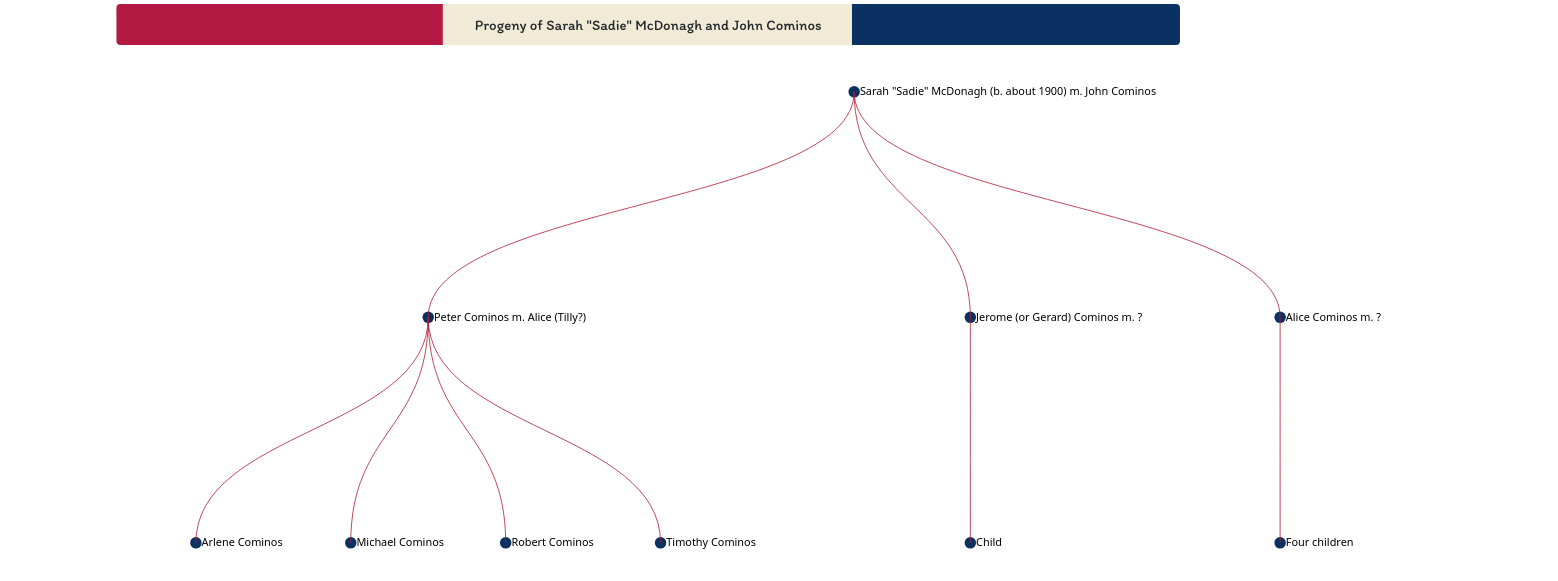
Repository: George2916/GreensladeFamilyTree
Page: progenySadieMcDonagh.html
The author's editor kept a record of every edit. The page is drawn from the files as they stood at one moment, then again after the next edit.
The browser window is 1280 px wide. The page is 1900 px wide, so the pictures cover 1900 px, including what lies to the right of the window. The pictures show the whole page, at 82% of full size.

Above is the page before.

### progenySadieMcDonagh.html
<!doctype html>
<html lang="en">
<head>

    <meta charset="utf-8">
    <meta http-equiv="X-UA-Compatible" content="IE-edge">
    <meta name="viewport" content="width=device-width, initial-scale=1">
    <!--[if lt IE 9]
      <script src="https://oss.maxcdn.com/html5shiv/3.7.2/html5shiv.min.js"></script>
      <script src="https://oss.maxcdn.com/respond/1.4.2/respond.min.js"></script>
    <![endif]-->

    <link rel="stylesheet" type="text/css" href="css/bootstrap.css">
    <link href="css/myStyle2.css" rel="stylesheet" type="text/css">
    <link rel="preconnect" href="https://fonts.gstatic.com">
    <link href="https://fonts.googleapis.com/css2?family=Itim&display=swap" rel="stylesheet">

<title>Progeny of Sarah "Sadie" McDonagh and John Cominos</title>

    <script src="js/d3.min.v6.7.0.js"></script>

</head>

<body class="progenySarahBody">

    <div class="container-fluid">

  <div>
    <div class="progenySarahA"></div>
	  <div class="progenySarahB" id="progeny">Progeny of Sarah "Sadie" McDonagh and John Cominos</div>
	  <div class="progenySarahC"></div>
  </div>

  </div>

    <script>

    var svg = d3.select("body").append("svg")
            .attr("width",1700).attr("height",620)
            .append("g").attr("transform", "translate(50,50)");

    var data = [{"child":"Sarah \"Sadie\" McDonagh (b. about 1900) m. John Cominos", "parent": ""},

                {"child":"Peter Cominos m. Alice (Tilly?)", "parent": "Sarah \"Sadie\" McDonagh (b. about 1900) m. John Cominos"},
                {"child":"Arlene Cominos", "parent": "Peter Cominos m. Alice (Tilly?)"},
                {"child":"Michael Cominos", "parent": "Peter Cominos m. Alice (Tilly?)"},
                {"child":"Robert Cominos", "parent": "Peter Cominos m. Alice (Tilly?)"},
                {"child":"Timothy Cominos", "parent": "Peter Cominos m. Alice (Tilly?)"},

                {"child":"Jerome (or Gerard) Cominos m. ?", "parent": "Sarah \"Sadie\" McDonagh (b. about 1900) m. John Cominos"},
                {"child":"Child", "parent": "Jerome (or Gerard) Cominos m. ?"},

                {"child":"Alice Cominos m. ?", "parent": "Sarah \"Sadie\" McDonagh (b. about 1900) m. John Cominos"},
                {"child":"Four children", "parent": "Alice Cominos m. ?"},

            ];
        var dataStructure = d3.stratify()
                    .id(function(d){return d.child;})
                    .parentId(function(d){return d.parent;})
                    (data);
        var treeStructure = d3.tree().size([1700,550]);
        var information = treeStructure(dataStructure);

        var circles = svg.append("g").selectAll("circle")
                    .data(information.descendants());
        circles.enter().append("circle")
            .attr("cx", function(d){return d.x;})
            .attr("cy", function(d){return d.y;})
            .attr("r",7);

        var connections = svg.append("g").selectAll("path")
                    .data(information.links());
        connections.enter().append("path")
            .attr("d", function(d){
                return "M" + d.source.x + "," + d.source.y + " C " + d.source.x + "," + (d.source.y + d.target.y)/2 + " "
                + d.target.x + "," + (d.source.y + d.target.y)/2 + " "
                + d.target.x + "," + d.target.y;

            });

        var names = svg.append("g").selectAll("text")
                    .data(information.descendants());
        names.enter().append("text")
                .text(function(d){return d.data.child;})
                .attr("x", function(d){return d.x+7;})
                .attr("y", function(d){return d.y+4;})
    </script>

    <script src="js/d3.min.v6.7.0.js"></script>

</body>
</html>

### css/myStyle2.css
/*CSS FOR PROGENY OF EDWARD DUFFY AND MAE TORPEY*/

.progenyDuffyDiv {
    display: inline-block;
    height: 50px;
    width: 29000px;
}

.progenyEdwardDuffyA {
	background: #b22234;
	border-radius: 5px 0px 0px 5px;
	-webkit-border-radius: 5px 0px 0px 5px;
	-moz-border-radius: 5px 0px 0px 5px;
	-o-border-radius: 5px 0px 0px 5px;
	display: inline-block;
	height: 50px;
	margin: 5px -3px 5px 14525px;
	width: 800px;
	vertical-align: text-bottom;
}

.progenyEdwardDuffyB {
	background: #f0ead6;
	display: inline-block;
	font-family: 'Itim', arial, verdana;
	font-size: 18px;
	height: 50px;
	line-height: 50px;
	margin: 5px -2px 5px -2px;
	text-align: center;
	width: 800px;
	vertical-align: text-bottom;
}

.progenyEdwardDuffyC {
	background: #0A3161;
	border-radius: 0px 5px 5px 0px;
	-webkit-border-radius: 0px 5px 5px 0px;
	-moz-border-radius: 0px 5px 5px 0px;
	-o-border-radius: 0px 5px 5px 0px;
	display: inline-block;
	height: 50px;
	margin: 5px 0px 5px -3px;
	width: 800px;
	vertical-align: text-bottom;
}

circle {fill: #0A3161;}

path {fill: none;
      stroke: #b22234;
}

body {font-size: 83%;}

/*CSS FOR PROGENY OF BRIAN DUFFY AND MARY CULLAN*/

.progenyBrianDuffyBody {
    width: 3000px;

}

.progenyBrianA {
	background: #169B62;
	border-radius: 5px 0px 0px 5px;
	-webkit-border-radius: 5px 0px 0px 5px;
	-moz-border-radius: 5px 0px 0px 5px;
	-o-border-radius: 5px 0px 0px 5px;
	display: inline-block;
	height: 50px;
	margin: 5px -3px 5px 1550px;
	width: 400px;
	vertical-align: text-bottom;
}

/*CSS FOR PROGENY OF CATHERINE TARPEY AND PATRICK MULRENn*/

.progenyCatherineTorpeyBody {
    display: inline-block;
    height: 50px;
    width: 1900px;
}

.progenyCatherineTorpeyA {
	background:  #169B62;
	border-radius: 5px 0px 0px 5px;
	-webkit-border-radius: 5px 0px 0px 5px;
	-moz-border-radius: 5px 0px 0px 5px;
	-o-border-radius: 5px 0px 0px 5px;
	display: inline-block;
	height: 50px;
	margin: 5px -3px 5px 320px;
	width: 400px;
	vertical-align: text-bottom;
}

.progenyCatherineTorpeyB {
	background: #f0ead6;
	display: inline-block;
	font-family: 'Itim', arial, verdana;
	font-size: 18px;
	height: 50px;
	line-height: 50px;
	margin: 5px -2px 5px -2px;
	text-align: center;
	width: 400px;
	vertical-align: text-bottom;
}

.progenyCatherineTorpeyC {
	background: #FF883E;
	border-radius: 0px 5px 5px 0px;
	-webkit-border-radius: 0px 5px 5px 0px;
	-moz-border-radius: 0px 5px 5px 0px;
	-o-border-radius: 0px 5px 5px 0px;
	display: inline-block;
	height: 50px;
	margin: 5px 0px 5px -3px;
	width: 400px;
	vertical-align: text-bottom;
}

/*CSS FOR PROGENY OF KATHLEEN DUFFY AND JAMES COBURN*/

.progenyCoburnDiv {
    display: inline-block;
    height: 50px;
    width: 1500px;
}

.progenyCoburnA {
	background: #B31942;
	border-radius: 5px 0px 0px 5px;
	-webkit-border-radius: 5px 0px 0px 5px;
	-moz-border-radius: 5px 0px 0px 5px;
	-o-border-radius: 5px 0px 0px 5px;
	display: inline-block;
	height: 50px;
	margin: 5px -3px 5px 100px;
	width: 400px;
	vertical-align: text-bottom;
}

.progenyCoburnB {
	background: #f0ead6;
	display: inline-block;
	font-family: 'Itim', arial, verdana;
	font-size: 18px;
	height: 50px;
	line-height: 50px;
	margin: 5px -2px 5px -2px;
	text-align: center;
	width: 400px;
	vertical-align: text-bottom;
}

.progenyCoburnC {
	background: #0A3161;
	border-radius: 0px 5px 5px 0px;
	-webkit-border-radius: 0px 5px 5px 0px;
	-moz-border-radius: 0px 5px 5px 0px;
	-o-border-radius: 0px 5px 5px 0px;
	display: inline-block;
	height: 50px;
	margin: 5px 0px 5px -3px;
	width: 400px;
	vertical-align: text-bottom;
}

/*CSS FOR PROGENY OF KEVIN DUFFY AND UNA BEGLEY*/

.progenyKevinBody {
    display: inline-block;
    height: 50px;
    width: 2000px;
}

.progenyKevinA {
	background: #169B62;
	border-radius: 5px 0px 0px 5px;
	-webkit-border-radius: 5px 0px 0px 5px;
	-moz-border-radius: 5px 0px 0px 5px;
	-o-border-radius: 5px 0px 0px 5px;
	display: inline-block;
	height: 50px;
	margin: 5px -3px 5px 450px;
	width: 400px;
	vertical-align: text-bottom;
}

.progenyKevinB {
	background: #f0ead6;
	display: inline-block;
	font-family: 'Itim', arial, verdana;
	font-size: 18px;
	height: 50px;
	line-height: 50px;
	margin: 5px -2px 5px -2px;
	text-align: center;
	width: 400px;
	vertical-align: text-bottom;
}

.progenyKevinC {
	background: #FF883E;
	border-radius: 0px 5px 5px 0px;
	-webkit-border-radius: 0px 5px 5px 0px;
	-moz-border-radius: 0px 5px 5px 0px;
	-o-border-radius: 0px 5px 5px 0px;
	display: inline-block;
	height: 50px;
	margin: 5px 0px 5px -3px;
	width: 400px;
	vertical-align: text-bottom;
}

/*CSS FOR PROGENY OF UNA DUFFY AND SAM MEDLICOTT*/

.progenyMedlicottBody {
    display: inline-block;
    height: 50px;
    width: 2000px;
}

.progenyMedlicottA {
	background: #C8102E;
	border-radius: 5px 0px 0px 5px;
	-webkit-border-radius: 5px 0px 0px 5px;
	-moz-border-radius: 5px 0px 0px 5px;
	-o-border-radius: 5px 0px 0px 5px;
	display: inline-block;
	height: 50px;
	margin: 5px -3px 5px 250px;
	width: 500px;
	vertical-align: text-bottom;
}

.progenyMedlicottB {
	background: #f0ead6;
	border: 1px solid black;
	display: inline-block;
	font-family: 'Itim', arial, verdana;
	font-size: 18px;
	height: 50px;
	line-height: 50px;
	margin: 5px -2px 5px -2px;
	text-align: center;
	width: 500px;
	vertical-align: text-bottom;
}

.progenyMedlicottC {
	background: #012169;
	border-radius: 0px 5px 5px 0px;
	-webkit-border-radius: 0px 5px 5px 0px;
	-moz-border-radius: 0px 5px 5px 0px;
	-o-border-radius: 0px 5px 5px 0px;
	display: inline-block;
	height: 50px;
	margin: 5px 0px 5px -3px;
	width: 500px;
	vertical-align: text-bottom;
}

/*CSS FOR PROGENY OF MARY ANN DUFFY AND THOMAS SCANLON*/

.progenyScanlonBody {
    display: inline-block;
    height: 50px;
    width: 15000px;
}

.progenyScanlonA {
	background: #B31942;
	border-radius: 5px 0px 0px 5px;
	-webkit-border-radius: 5px 0px 0px 5px;
	-moz-border-radius: 5px 0px 0px 5px;
	-o-border-radius: 5px 0px 0px 5px;
	display: inline-block;
	height: 50px;
	margin: 5px -3px 5px 10725px;
	width: 800px;
	vertical-align: text-bottom;
}

.progenyScanlonB {
	background: #f0ead6;
	display: inline-block;
	font-family: 'Itim', arial, verdana;
	font-size: 18px;
	height: 50px;
	line-height: 50px;
	margin: 5px -2px 5px -2px;
	text-align: center;
	width: 800px;
	vertical-align: text-bottom;
}

.progenyScanlonC {
	background: #0A3161;
	border-radius: 0px 5px 5px 0px;
	-webkit-border-radius: 0px 5px 5px 0px;
	-moz-border-radius: 0px 5px 5px 0px;
	-o-border-radius: 0px 5px 5px 0px;
	display: inline-block;
	height: 50px;
	margin: 5px 0px 5px -3px;
	width: 800px;
	vertical-align: text-bottom;
}

/*CSS FOR PROGENY OF MICHAEL "MICK" McDONAGH AND MARY ANN COLEMAN*/

.progenyMickMcDonaghBody {
    width: 3000px;

}

.progenyMickA {
	background: #169B62;
	border-radius: 5px 0px 0px 5px;
	-webkit-border-radius: 5px 0px 0px 5px;
	-moz-border-radius: 5px 0px 0px 5px;
	-o-border-radius: 5px 0px 0px 5px;
	display: inline-block;
	height: 50px;
	margin: 5px -3px 5px 450px;
	width: 600px;
	vertical-align: text-bottom;
}

.progenyMickB {
	background: #f0ead6;
	display: inline-block;
	font-family: 'Itim', arial, verdana;
	font-size: 18px;
	height: 50px;
	line-height: 50px;
	margin: 5px -2px 5px -2px;
	text-align: center;
	width: 600px;
	vertical-align: text-bottom;
}

.progenyMickC {
	background: #FF883E;
	border-radius: 0px 5px 5px 0px;
	-webkit-border-radius: 0px 5px 5px 0px;
	-moz-border-radius: 0px 5px 5px 0px;
	-o-border-radius: 0px 5px 5px 0px;
	display: inline-block;
	height: 50px;
	margin: 5px 0px 5px -3px;
	width: 600px;
	vertical-align: text-bottom;
}

/*CSS FOR PROGENY OF SARAH "SADIE" McDONAGH/JOHN COMINOS AND MARY "MOLLIE" McDONAGH AND TERENCE KENNY*/

.progenySarahBody {
    display: inline-block;
    height: 50px;
    width: 1900px;
}

.progenySarahA {
	background:  #B31942;
	border-radius: 5px 0px 0px 5px;
	-webkit-border-radius: 5px 0px 0px 5px;
	-moz-border-radius: 5px 0px 0px 5px;
	-o-border-radius: 5px 0px 0px 5px;
	display: inline-block;
	height: 50px;
	margin: 5px -3px 5px 130px;
	width: 400px;
	vertical-align: text-bottom;
}

.progenyMaryA {
	background:  #B31942;
	border-radius: 5px 0px 0px 5px;
	-webkit-border-radius: 5px 0px 0px 5px;
	-moz-border-radius: 5px 0px 0px 5px;
	-o-border-radius: 5px 0px 0px 5px;
	display: inline-block;
	height: 50px;
	margin: 5px -3px 5px 140px;
	width: 400px;
	vertical-align: text-bottom;
}

.progenySarahB {
	background: #f0ead6;
	display: inline-block;
	font-family: 'Itim', arial, verdana;
	font-size: 18px;
	height: 50px;
	line-height: 50px;
	margin: 5px -2px 5px -2px;
	text-align: center;
	width: 500px;
	vertical-align: text-bottom;
}

.progenySarahC {
	background: #0A3161;
	border-radius: 0px 5px 5px 0px;
	-webkit-border-radius: 0px 5px 5px 0px;
	-moz-border-radius: 0px 5px 5px 0px;
	-o-border-radius: 0px 5px 5px 0px;
	display: inline-block;
	height: 50px;
	margin: 5px 0px 5px -3px;
	width: 400px;
	vertical-align: text-bottom;
}

Loaded but not shown: css/bootstrap.css (library); js/d3.min.v6.7.0.js (library)

After the next edit:
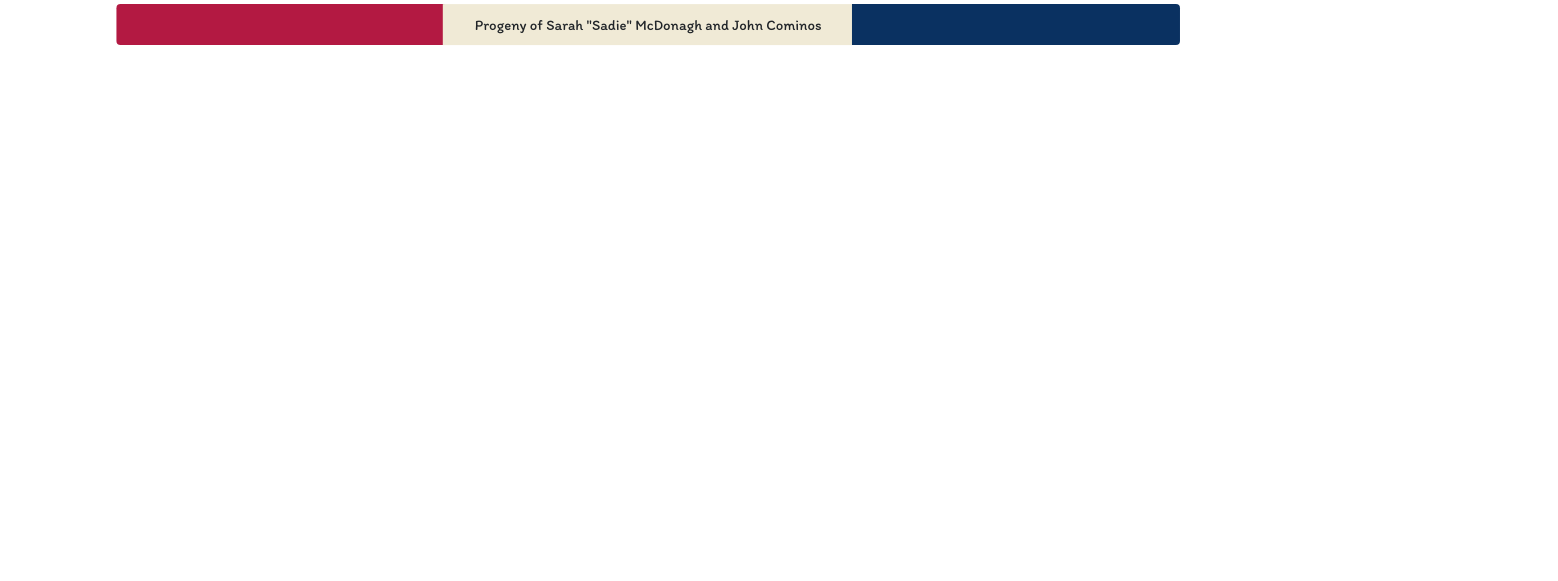
Console error (its wording comes from the project's code and is left out).
The edit:
--- a/progenySadieMcDonagh.html
+++ b/progenySadieMcDonagh.html
@@ -39,7 +39,7 @@
             .attr("width",1700).attr("height",620)
             .append("g").attr("transform", "translate(50,50)");
 
-    var data = [{"child":"Sarah \"Sadie\" McDonagh (b. about 1900) m. John Cominos", "parent": ""},
+    var data = [{"child":"Sarah \"Sadie\" McDonagh (b. about 1900) m. John Cominos (b. about 1899)", "parent": ""},
 
                 {"child":"Peter Cominos m. Alice (Tilly?)", "parent": "Sarah \"Sadie\" McDonagh (b. about 1900) m. John Cominos"},
                 {"child":"Arlene Cominos", "parent": "Peter Cominos m. Alice (Tilly?)"},

After the 3 edits that followed:
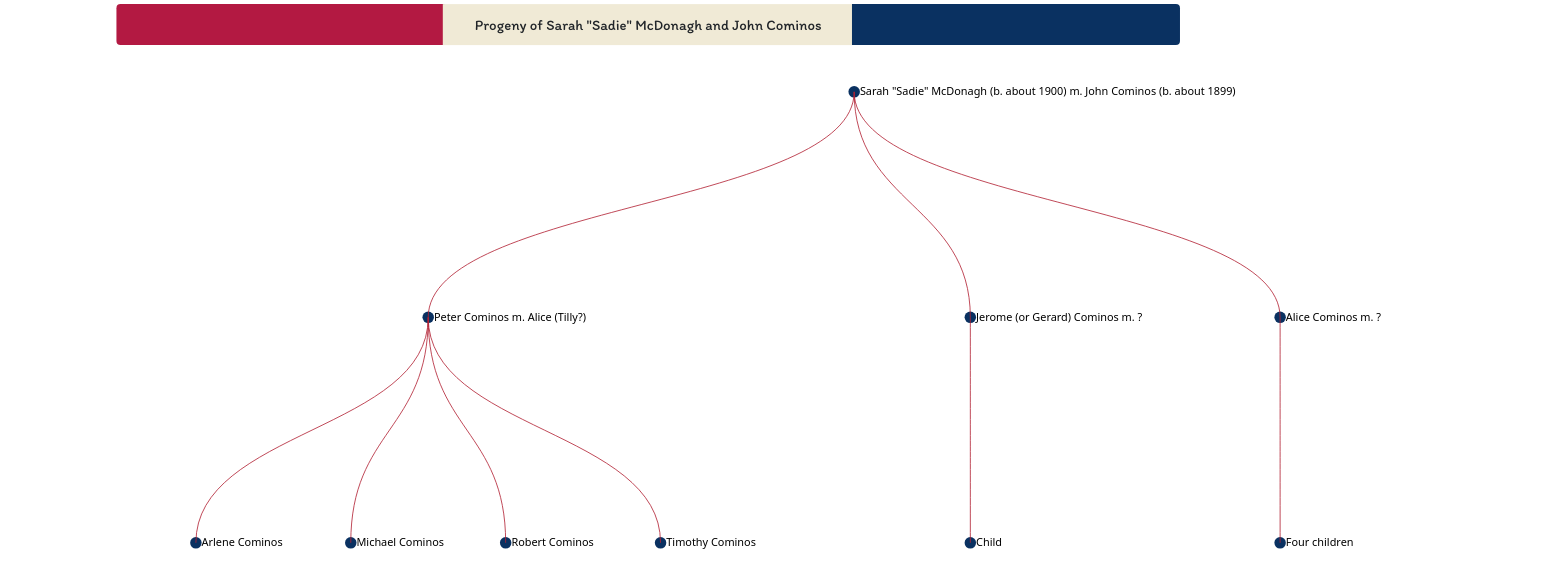
The error is gone.
The 3 edits are shown as one change because 2 left the picture as it was.
The edit:
--- a/progenySadieMcDonagh.html
+++ b/progenySadieMcDonagh.html
@@ -41,16 +41,16 @@
 
     var data = [{"child":"Sarah \"Sadie\" McDonagh (b. about 1900) m. John Cominos (b. about 1899)", "parent": ""},
 
-                {"child":"Peter Cominos m. Alice (Tilly?)", "parent": "Sarah \"Sadie\" McDonagh (b. about 1900) m. John Cominos"},
+                {"child":"Peter Cominos m. Alice (Tilly?)", "parent": "Sarah \"Sadie\" McDonagh (b. about 1900) m. John Cominos (b. about 1899)"},
                 {"child":"Arlene Cominos", "parent": "Peter Cominos m. Alice (Tilly?)"},
                 {"child":"Michael Cominos", "parent": "Peter Cominos m. Alice (Tilly?)"},
                 {"child":"Robert Cominos", "parent": "Peter Cominos m. Alice (Tilly?)"},
                 {"child":"Timothy Cominos", "parent": "Peter Cominos m. Alice (Tilly?)"},
 
-                {"child":"Jerome (or Gerard) Cominos m. ?", "parent": "Sarah \"Sadie\" McDonagh (b. about 1900) m. John Cominos"},
+                {"child":"Jerome (or Gerard) Cominos m. ?", "parent": "Sarah \"Sadie\" McDonagh (b. about 1900) m. John Cominos (b. about 1899)"},
                 {"child":"Child", "parent": "Jerome (or Gerard) Cominos m. ?"},
 
-                {"child":"Alice Cominos m. ?", "parent": "Sarah \"Sadie\" McDonagh (b. about 1900) m. John Cominos"},
+                {"child":"Alice Cominos m. ?", "parent": "Sarah \"Sadie\" McDonagh (b. about 1900) m. John Cominos (b. about 1899)"},
                 {"child":"Four children", "parent": "Alice Cominos m. ?"},
 
             ];
